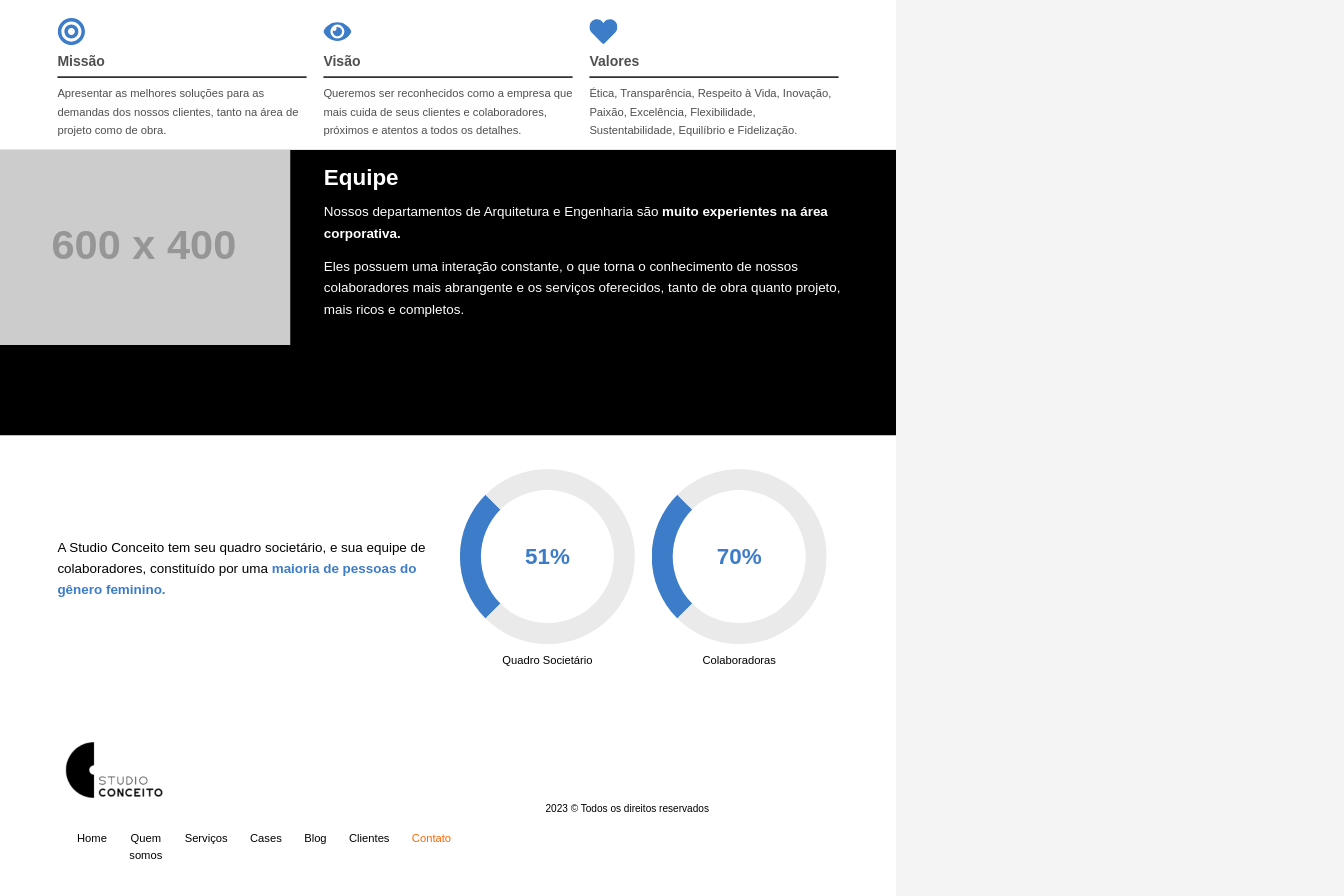
Repository: Upstairs-Agencia/studio-conceito-react
Page: /quem-somos
These files come from the project's save history. The page is drawn as it stood at one moment and after the next save; the edit follows.
The browser window is 1280 px wide. The page is 1920 px wide, so the pictures cover 1920 px, including what lies to the right of the window. The pictures show the part of the page from y = 2183 to 3463 px (the page is 3463 px tall), at 70% of full size.
The project was rebuilt for these pictures with package versions that can differ from the ones it lists, and the page was loaded fresh each time. Also part of the build but not shown: src/pages/Home.js, src/pages/Servicos.js, src/styles/cases.css, src/pages/Cases.js, src/pages/Blog.js, src/pages/Clientes.js, src/pages/Contato.js.

Above is the page before, as saved 2024-12-29 12:52:16.

### public/index.html
<!DOCTYPE html>
<html lang="en">
  <head>
    <meta charset="utf-8" />
    <link rel="icon" href="%PUBLIC_URL%/favicon.ico" />
    <meta name="viewport" content="width=device-width, initial-scale=1" />
    <meta name="theme-color" content="#000000" />
    <meta
      name="description"
      content="Web site created using create-react-app"
    />
    <link rel="apple-touch-icon" href="%PUBLIC_URL%/logo192.png" />
    <!--
      manifest.json provides metadata used when your web app is installed on a
      user's mobile device or desktop. See https://developers.google.com/web/fundamentals/web-app-manifest/
    -->
    <link rel="manifest" href="%PUBLIC_URL%/manifest.json" />
    <!--
      Notice the use of %PUBLIC_URL% in the tags above.
      It will be replaced with the URL of the `public` folder during the build.
      Only files inside the `public` folder can be referenced from the HTML.

      Unlike "/favicon.ico" or "favicon.ico", "%PUBLIC_URL%/favicon.ico" will
      work correctly both with client-side routing and a non-root public URL.
      Learn how to configure a non-root public URL by running `npm run build`.
    -->
    <title>Studio Conceito</title>
  </head>
  <body>
    <noscript>You need to enable JavaScript to run this app.</noscript>
    <div id="root"></div>
    <!--
      This HTML file is a template.
      If you open it directly in the browser, you will see an empty page.

      You can add webfonts, meta tags, or analytics to this file.
      The build step will place the bundled scripts into the <body> tag.

      To begin the development, run `npm start` or `yarn start`.
      To create a production bundle, use `npm run build` or `yarn build`.
    -->
  </body>
</html>

### src/index.js

import React from 'react';
import ReactDOM from 'react-dom';
import App from './App';
import 'mdb-react-ui-kit/dist/css/mdb.min.css'; // MDB styles
import './index.css'; // Global styles

ReactDOM.render(
  <React.StrictMode>
    <App />
  </React.StrictMode>,
  document.getElementById('root')
);

### src/App.js

import React from 'react';
import { BrowserRouter as Router, Routes, Route } from 'react-router-dom';
import Home from './pages/Home';
import QuemSomos from './pages/QuemSomos';
import Servicos from './pages/Servicos';
import Cases from './pages/Cases';
import Blog from './pages/Blog';
import Clientes from './pages/Clientes';
import Contato from './pages/Contato';

function App() {
  return (
    <Router>
      <Routes>
        <Route path="/" element={<Home />} />
        <Route path="/quem-somos" element={<QuemSomos />} />
        <Route path="/servicos" element={<Servicos />} />
        <Route path="/cases" element={<Cases />} />
        <Route path="/blog" element={<Blog />} />
        <Route path="/clientes" element={<Clientes />} />
        <Route path="/contato" element={<Contato />} />
      </Routes>
    </Router>
  );
}

export default App;

### src/index.css

body {
  margin: 0;
  font-family: Arial, sans-serif;
  background-color: #f4f4f4;
}

### src/pages/QuemSomos.js
import React from "react";
import Navbar from "../components/navbar"; // Importando o componente Navbar
import { MDBContainer, MDBRow, MDBCol } from "mdb-react-ui-kit";
import { FaBullseye, FaEye, FaHeart } from "react-icons/fa";

import Footer from "../components/footer";
import "../styles/quemsomos.css";

export default function QuemSomos() {
  return (
    <>
      {/* Navbar */}
      <Navbar />

      {/* Seção de cabeçalho do quem somos */}
      <section className="bg-black text-white py-5">
        <MDBContainer>
          <MDBRow className="align-items-center">
            <MDBCol md="6">
              <h1 className="fw-bold">Quem somos</h1>
            </MDBCol>
            <MDBCol md="6" className="text-end">
              <img
                src="https://placehold.co/200x150" // Imagem maior para seguir o padrão original
                alt="Padrão gráfico"
                style={{ maxWidth: "200px", marginRight: "4rem" }}
              />
            </MDBCol>
          </MDBRow>
        </MDBContainer>
      </section>

      {/* Quem Somos Section */}
      <section className="py-5 ">
        <MDBContainer>
          <MDBRow className="align-items-center">
            <MDBCol md="6">
              <img
                src="https://via.placeholder.com/600x400"
                alt="Studio Conceito"
                className="img-fluid"
              />
            </MDBCol>
            <MDBCol md="6">
              <h2 className="fw-bold mb-4">Studio Conceito</h2>
              <p>
                A Studio Conceito Arquitetura foi{" "}
                <strong>fundada em 2009</strong> e conta com uma equipe
                altamente capacitada e com grande experiência na área
                corporativa.
              </p>
              <p>
                O <strong>Atendimento Personalizado</strong> é o grande foco de
                nossa empresa, visando sempre garantir a satisfação e a
                consequente fidelização de nossos clientes.
              </p>
            </MDBCol>
          </MDBRow>
        </MDBContainer>
        <img
          src="https://via.placeholder.com/1920x200"
          alt="Studio Conceito"
          className="imagemfundo"
        />
      </section>

      {/* Sócios Section */}
      <section className="py-5 socios text-white">
        <MDBContainer>
          <h1 className="text-left titulosocios fw-bold mb-5">Sócios</h1>
          <MDBRow className="text-center">
            <MDBCol md="6" className="mb-4">
              <div className="team-member">
                <img
                  src="https://via.placeholder.com/400x400"
                  alt="Arq. Cristina Castilho"
                  className="img-fluid mb-2"
                />
                <h4 className="fw-bold">Arq. Cristina Castilho</h4>
                <p>CEO | Sócia fundadora</p>
              </div>
            </MDBCol>
            <MDBCol md="6" className="mb-4">
              <div className="team-member">
                <img
                  src="https://via.placeholder.com/400x400"
                  alt="Arq. Gabriel Castilho"
                  className="img-fluid mb-2"
                />
                <h4 className="fw-bold">Arq. Gabriel Castilho</h4>
                <p>COO | Sócio fundador</p>
              </div>
            </MDBCol>
          </MDBRow>
        </MDBContainer>
      </section>

      {/* Atendemos em todo Brasil Section */}
      <section className="py-5 bg-light">
        <MDBContainer>
          <MDBRow className="align-items-center">
            <MDBCol md="6" className="title-container">
              <h1 className="atendemos-title">Atendemos</h1>
              <h1 className="brasil-title">em todo Brasil</h1>
            </MDBCol>
            <MDBCol md="6">
              <p className="text-large">
                Com uma equipe multidisciplinar e altamente capacitada, composta
                por arquitetos, engenheiros e designers, apresentamos as
                melhores soluções para as demandas de nossos clientes, tanto na
                área de <span className="fw-bold">projeto</span> como de{" "}
                <span className="fw-bold">obra</span>.
              </p>
              <p className="text-large">
                Adequamos nossos times às necessidades de cada solicitação,
                sejam elas projetos, gerenciamento e execução de obra. Do início
                ao fim, ficamos ao lado do cliente{" "}
                <span className="fw-bold">cuidando de todos os detalhes!</span>
              </p>
            </MDBCol>
          </MDBRow>
        </MDBContainer>
      </section>

      {/* Missão, Visão e Valores Section */}
      <section className="py-5 bg-white">
        <MDBContainer>
          <MDBRow className="text-center mission-row">
            <MDBCol md="4" className="mission-col">
              <div className="icon-container">
                <FaBullseye size={40} color="#3d7cc9" />
              </div>
              <h5 className="fw-bold">Missão</h5>
              <div className="divider"></div>
              <p>
                Apresentar as melhores soluções para as demandas dos nossos
                clientes, tanto na área de projeto como de obra.
              </p>
            </MDBCol>
            <MDBCol md="4" className="mission-col">
              <div className="icon-container">
                <FaEye size={40} color="#3d7cc9" />
              </div>
              <h5 className="fw-bold">Visão</h5>
              <div className="divider"></div>
              <p>
                Queremos ser reconhecidos como a empresa que mais cuida de seus
                clientes e colaboradores, próximos e atentos a todos os
                detalhes.
              </p>
            </MDBCol>
            <MDBCol md="4" className="mission-col">
              <div className="icon-container">
                <FaHeart size={40} color="#3d7cc9" />
              </div>
              <h5 className="fw-bold">Valores</h5>
              <div className="divider"></div>
              <p>
                Ética, Transparência, Respeito à Vida, Inovação, Paixão,
                Excelência, Flexibilidade, Sustentabilidade, Equilíbrio e
                Fidelização.
              </p>
            </MDBCol>
          </MDBRow>
        </MDBContainer>

        {/* Equipe Section */}
        <section className="equipe-section">
          <MDBContainer fluid className="d-flex align-items-center">
            <MDBCol md="4" className="p-0">
              <img
                src="https://via.placeholder.com/600x400"
                alt="Equipe"
                className="img-fluid equipe-image"
              />
            </MDBCol>
            <MDBCol
              md="8"
              className="d-flex flex-column justify-content-center equipe-text"
            >
              <h2 className="fw-bold text-left mb-3">Equipe</h2>
              <p className="text-left">
                Nossos departamentos de Arquitetura e Engenharia são{" "}
                <strong>muito experientes na área corporativa.</strong>
              </p>
              <p className="text-left">
                Eles possuem uma interação constante, o que torna o conhecimento
                de nossos colaboradores mais abrangente e os serviços
                oferecidos, tanto de obra quanto projeto, mais ricos e
                completos.
              </p>
            </MDBCol>
          </MDBContainer>
        </section>

        {/* Diversidade Section */}
        <section className="diversidade-section">
          <MDBContainer className="d-flex align-items-center justify-content-between">
            <MDBCol md="6" className="d-flex flex-column diversidade-text">
              <p className="text-left">
                A Studio Conceito tem seu quadro societário, e sua equipe de
                colaboradores, constituído por uma{" "}
                <span className="destaque">
                  maioria de pessoas do gênero feminino.
                </span>
              </p>
            </MDBCol>
            <MDBCol md="6" className="d-flex justify-content-center gap-4">
              {/* Gráfico Quadro Societário */}
              <div className="grafico-container">
                <div className="grafico"></div>
                <span className="grafico-percentual">51%</span>
                <p className="grafico-label">Quadro Societário</p>
              </div>

              {/* Gráfico Colaboradoras */}
              <div className="grafico-container">
                <div className="grafico"></div>
                <span className="grafico-percentual">70%</span>
                <p className="grafico-label">Colaboradoras</p>
              </div>
            </MDBCol>
          </MDBContainer>
        </section>

        <Footer />
      </section>
    </>
  );
}

### src/components/navbar.js
import React, { useState } from "react";

import Logo from "../images/logoBlack.png";

import {
  MDBNavbar,
  MDBNavbarBrand,
  MDBContainer,
} from "mdb-react-ui-kit";
import { FaLinkedin, FaInstagram, FaPinterest, FaBars } from "react-icons/fa";
import { IoIosClose } from "react-icons/io";
import { Link } from "react-router-dom";

import SeloGptw from "../images/selo-gptw.png";

const Navbar = () => {
  const [showMenu, setShowMenu] = useState(false);

  return (
    <>
      {/* Navbar */}
      <MDBNavbar dark bgColor="white" className="py-4 px-5">
        <MDBContainer fluid className="d-flex justify-content-between align-items-center">
          {/* Logo */}
          <MDBNavbarBrand href="#" className="ms-5">
            <img
              src={Logo}
              alt="Logo"
              style={{ maxHeight: "90px", marginLeft: "12vw"}}
            />
          </MDBNavbarBrand>

          {/* Social Icons and Menu Toggle */}
          <div className="d-flex align-items-center">
            {/* Social Icons */}
            <div className="d-flex gap-3 me-3">
              <button className="btn btn-light rounded-circle p-2">
                <FaLinkedin size={30} />
              </button>
              <button className="btn btn-light rounded-circle p-2">
                <FaInstagram size={30} />
              </button>
              <button className="btn btn-light rounded-circle p-2">
                <FaPinterest size={30} />
              </button>
            </div>

            {/* FaBars Icon for Sidebar */}
            <button
              className="btn rounded-circle p-2"
              style={{
                background: "none",
                border: "none",
                cursor: "pointer",
              }}
              onClick={() => setShowMenu(!showMenu)}
            >
              <FaBars size={20} color="black" />
            </button>
          </div>
        </MDBContainer>
      </MDBNavbar>

      {/* Sidebar Menu */}
      {showMenu && (
        <div
          className="position-fixed top-0 end-0 bg-white vh-100 vw-350 shadow-lg d-flex flex-column"
          style={{ zIndex: 1050, width: "500px" }}
        >
          <div className="d-flex justify-content-end p-3">
            {/* Close Button */}
            <button
              className="p-0"
              style={{
                background: "none",
                border: "none",
                cursor: "pointer",
              }}
              onClick={() => setShowMenu(false)}
            >
              <IoIosClose size={40} />
            </button>
          </div>





          <div className="p-4 flex-grow-1">
            {/* Menu Items */}
            <ul className="list-unstyled">
              {[
                { label: "Home", link: "/" },
                { label: "Quem somos", link: "/quem-somos" },
                { label: "Serviços", link: "/servicos" },
                { label: "Cases", link: "/cases" },
                { label: "Blog", link: "/blog" },
                { label: "Clientes", link: "/clientes" },
                { label: "Contato", link: "/contato" },
              ].map((item, index) => (
                <li key={index} className="py-2">
                  <Link
                    to={item.link}
                    className="text-decoration-none fs-6"
                    style={{
                      transition: "all 0.3s ease-in-out", // Transição suave
                      color:"black"
                    }}
                    onMouseOver={(e) => {
                      e.currentTarget.style.color = "#FF7F30"; // Altera a cor
                      e.currentTarget.style.fontWeight = "bold"; // Negrito
                    }}
                    onMouseOut={(e) => {
                      e.currentTarget.style.color = "black"; // Retorna à cor original
                      e.currentTarget.style.fontWeight = "normal"; // Retira o negrito
                    }}
                  >
                    {item.label}
                  </Link>
                </li>
              ))}
            </ul>
          </div>



          {/* Footer Section */}
          <div className="d-flex justify-content-between align-items-center px-4 pb-4">
            {/* Social Icons */}
            <div className="d-flex gap-3">
              <button className="btn btn-dark rounded-circle p-2">
                <FaLinkedin size={20} color="white" />
              </button>
              <button className="btn btn-dark rounded-circle p-2">
                <FaInstagram size={20} color="white" />
              </button>
              <button className="btn btn-dark rounded-circle p-2">
                <FaPinterest size={20} color="white" />
              </button>
            </div>

            {/* Placeholder Image */}
            <img
              src={SeloGptw}
              alt="Great Place to Work"
              style={{ maxHeight: "200px", marginBottom: "4rem" }}
            />
          </div>
        </div>
      )}
    </>
  );
};

export default Navbar;

### src/components/footer.js
import React from "react";
import { MDBFooter, MDBContainer, MDBRow, MDBCol } from "mdb-react-ui-kit";
import Logo from "../images/logoBlack.png";
import "../styles/footer.css";

const Footer = () => {
  return (
    <MDBFooter className="footer-container text-center text-white">
      <MDBContainer className="p-4 footer-content">

        <MDBRow className="content-signature">
            {/* Logo e Nome */}
            <MDBCol md="4" className="mb-4 footer-left">
                <img
                    src={Logo}
                    alt="Studio Conceito Logo"
                    className="footer-logo"
                />

                {/* Navegação */}
                <MDBCol md="4" className="mb-3 footer-center">
                    <nav className="footer-nav">
                        <a href="/">Home</a>
                        <a href="/quem-somos"> Quem somos </a>
                        <a href="/servicos">Serviços</a>
                        <a href="/cases">Cases</a>
                        <a href="/blog">Blog</a>
                        <a href="/clientes">Clientes</a>
                        <a href="/contato" className="footerHighlight">
                            Contato
                        </a>
                    </nav>
                </MDBCol>

            </MDBCol>

            {/* Direitos Reservados */}
            <MDBCol md="4" className="mb-4 footer-right">
                <p className="mb-0">2023 &copy; Todos os direitos reservados</p>
            </MDBCol>

        </MDBRow>



      </MDBContainer>
    </MDBFooter>
  );
};

export default Footer;

### src/styles/quemsomos.css
.socios{
    background-color: #000;
}

.titulosocios{
    margin-left: 7rem;
}

/* Título: Atendemos em todo Brasil */
.title-container {
    text-align: left;
  }

  .atendemos-title {
    font-size: 2.5rem;
    font-weight: normal;
    color: #000;
  }

  .brasil-title {
    font-size: 2.5rem;
    font-weight: bold;
    color: #000;
    margin-top: -10px; /* Para aproximar os textos */
  }

  /* Texto em letras maiores */
  .text-large {
    font-size: 1.2rem;
    line-height: 1.8;
    text-align: left;
  }

  /* Missão, Visão e Valores */
  .mission-row {
    justify-content: space-between;
  }

  .mission-col {
    text-align: left;
    max-width: 400px;
  }

  .icon-container {
    margin-bottom: 10px;
  }

  .divider {
    width: 100%;
    height: 2px;
    background-color: #000;
    margin: 10px auto;
  }

  /* Equipe Section */
.equipe-section {
    background-color: #000;
    color: #fff;
    height: 408px;
  }

  .equipe-image {
    object-fit: cover;
    height: 100%;
    width: 100%;
    margin-left: -1rem;
  }

  .equipe-text {
    padding: 0 2rem;
  }

  .equipe-text h2 {
    font-size: 2rem;
  }

  .equipe-text p {
    font-size: 1.2rem;
  }

  /* Diversidade Section */
  .diversidade-section {
    background-color: #fff;
    color: #000;
    padding: 3rem 0;
  }

  .diversidade-text p {
    font-size: 1.2rem;
  }

  .diversidade-text .destaque {
    color: #3d7cc9;
    font-weight: bold;
  }

  /* Gráficos */
  .grafico-container {
    position: relative;
    text-align: center;
  }

  .grafico {
    width: 250px;
    height: 250px;
    border-radius: 50%;
    border: 30px solid #eaeaea;
    border-top: 30px solid #3d7cc9;
    transform: rotate(-90deg);
    margin: 0 auto;
  }

  .grafico-percentual {
    position: absolute;
    top: 50%;
    left: 50%;
    transform: translate(-50%, -100%);
    color: #3d7cc9;
    font-weight: bold;
    font-size: 2rem;
  }

  .grafico-label {
    margin-top: 10px;
    font-size: 1rem;
  }


  /* Responsividade */
  @media (max-width: 768px) {
    .atendemos-title,
    .brasil-title {
      font-size: 2rem;
    }

    .text-large {
      font-size: 1rem;
    }

    .mission-col {
      max-width: 100%;
    }
  }

### src/styles/footer.css
.footer-container {
    background-color: white;
    height: 25vh !important; /* Ocupa 30% da altura da tela */
    display: flex;
    justify-content: center;
    align-items: center;
    color: black;
    font-family: Arial, sans-serif;
    margin: 1rem 0;
  }

  .footer-content {
    height: 100%; /* Garante que o conteúdo ocupe toda a altura do footer */
  }

  .content-signature{
    display: flex;
    flex-direction: row;
  }

  .footer-left {
    display: flex;
    flex-direction: column;
  }

  .footer-logo {
    max-width: 40%; /* Aumenta a imagem para 40% de seu tamanho */
    margin-bottom: 10px;
  }


  .footer-center {
    text-align: center;
    margin: 2rem 0;
  }

  .footer-nav{
    display: flex;
    flex-direction: row;
    justify-content: space-around;
    width:35vw;

  }

  .footerHighlight {
    color: #ff6600 !important;
  }

  .footer-nav a {
    margin: 1px 1rem;
    text-decoration: none;
    color: #000;
    font-size: 1rem;
    transition: color 0.3s ease;
  }

  .footer-nav a:hover {
    color: #ff6600;
  }



  .footer-right {
    text-align: center;
    display: flex;
    justify-content: center;
    align-items: center;
    margin-left: 20vw;
    font-size: 0.9rem;
    color: #000;
  }

After the next save:
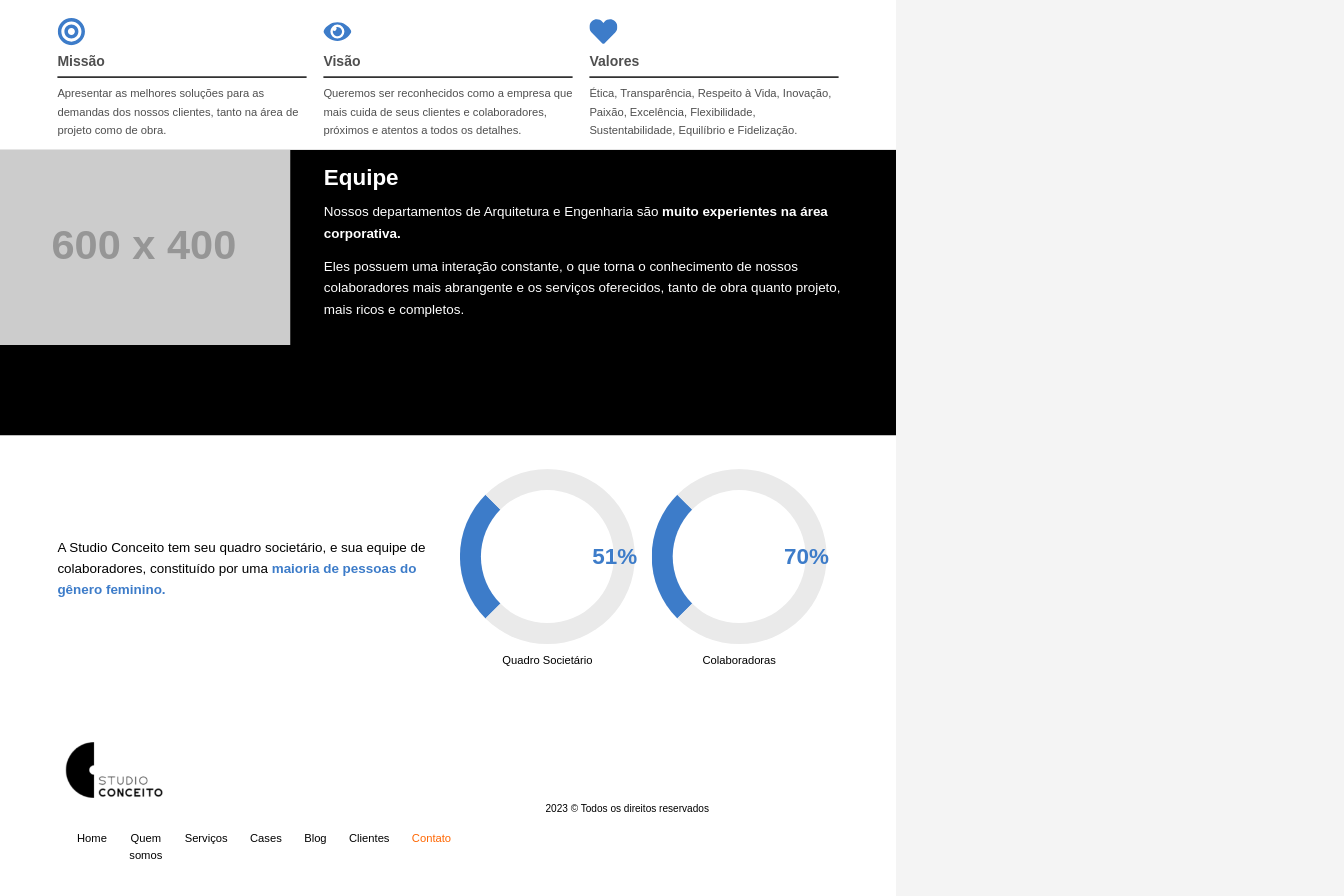
Saved 5 s later.
--- a/src/styles/quemsomos.css
+++ b/src/styles/quemsomos.css
@@ -114,7 +114,7 @@
     position: absolute;
     top: 50%;
     left: 50%;
-    transform: translate(-50%, -100%);
+    transform: translate(100%, -100%);
     color: #3d7cc9;
     font-weight: bold;
     font-size: 2rem;
